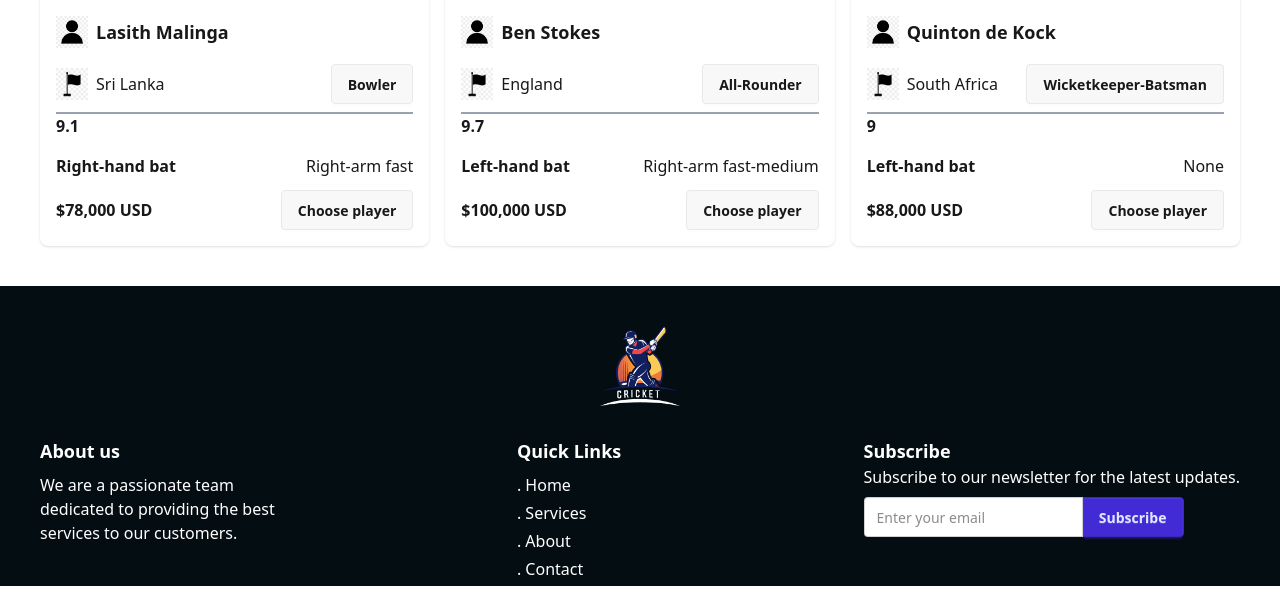
Repository: SanjidaSnigdha/Select-your-eleven
Page: /
The author's editor kept a copy of each file at every save. The page is drawn from the files as they stood at one save, then again after the next save.
The browser window is 1280 px wide. The pictures show the part of the page from y = 2831 to 3467 px (the page is 3436 px tall before and 3467 px after).
The project was rebuilt for these pictures with package versions that can differ from the ones it lists, and the page was loaded fresh each time. Also part of the build but not shown: vite.config.js, src/App.css, src/components/SelectedCard/SelectedCard.jsx, src/components/SelectedPlayers/SelectedPlayers.jsx.

Above is the page before, as saved 2026-03-23 00:46:15.

### index.html
<!doctype html>
<html lang="en" style="color-scheme: light;">
  <head>
    <meta charset="UTF-8" />
    <link rel="icon" type="image/svg+xml" href="/favicon.svg" />
    <meta name="viewport" content="width=device-width, initial-scale=1.0" />
    <title>select-your-eleven</title>
  </head>
  <body>
    <div id="root"></div>
    <script type="module" src="/src/main.jsx"></script>
  </body>
</html>

### src/index.css
 @import "tailwindcss";
 @plugin "daisyui" {
  themes: light --default, dark --prefersdark;
  themes: light --default;
 }

### src/App.jsx

import './App.css'
import { ToastContainer } from 'react-toastify';

import AvailablePlayers from './components/AvailablePlayers/AvailablePlayers'
import SelectedPlayers from './components/SelectedPlayers/SelectedPlayers'
import Navbar from './components/Navbar/Navbar'
import { Suspense, useState } from 'react'
import Banner from './components/Banner/Banner';
import Footer from './components/Footer/Footer';

const fetchPlayers = async () =>{
  const res = await fetch("/players.json")
  return res.json()
}
const playersPromise = fetchPlayers()


function App() {
  const [toggle,setToggle] = useState(true)
  const [availableBalance,setAvailableBalance] = useState(600000)
  const [purchasedPlayers,setPurchasedPlayers] = useState([])
  const removePlayer = (p) =>{
    const filteredData = purchasedPlayers.filter(ply=> ply.player_name!==p.player_name)
    console.log(filteredData)
    setPurchasedPlayers(filteredData)
    setAvailableBalance(availableBalance+parseInt(p.price.split("USD").join("").
                split(",").join("")))

  }

  return (
    <>
   <Navbar availableBalance={availableBalance}></Navbar>
   <Banner></Banner>
   <div className='max-w-[1200px] mx-auto flex justify-between items-center'>
    <h1 className='font-bold text-2xl'>{
    toggle===true?"Available players":`Selected players(${purchasedPlayers.length}/6)`}</h1>
    <div className='font-bold'>
      <button onClick={()=>setToggle(true)} className={`py-3 px-4 border-1 border-gray-400 rounded-l-2xl border-r-0 ${toggle===true?"bg-[#E7FE29]":""}`}>Available</button>
      <button onClick={()=>setToggle(false)} className={`py-3 px-4 border-1 border-gray-400 rounded-r-2xl border-l-0 ${toggle===false?"bg-[#E7FE29]":""}`}>Selected <span>({purchasedPlayers.length})</span></button>
    </div>

   </div>

     {
      toggle === true?<Suspense fallback={<span className="loading loading-spinner loading-xl"></span>
}>
    <AvailablePlayers purchasedPlayers={purchasedPlayers} setPurchasedPlayers={setPurchasedPlayers} availableBalance={availableBalance} setAvailableBalance={setAvailableBalance} playersPromise={playersPromise}></AvailablePlayers>
</Suspense>:<SelectedPlayers removePlayer={removePlayer} purchasedPlayers={purchasedPlayers} setToggle={setToggle}></SelectedPlayers>

     }



      <ToastContainer></ToastContainer>
      <Footer></Footer>

    </>
  )
}

export default App

### src/components/AvailablePlayers/AvailablePlayers.jsx
import React, { use } from 'react';

import PlayerCard from '../PlayerCard/PlayerCard';

const AvailablePlayers = ({playersPromise,setAvailableBalance,availableBalance,purchasedPlayers,setPurchasedPlayers}) => {
    const playerData = use(playersPromise)
    return (
        <div className='max-w-[1200px] mx-auto grid grid-cols-1 md:grid-cols-3 gap-4'>

            {
              playerData.map(player=><PlayerCard setPurchasedPlayers={setPurchasedPlayers} purchasedPlayers={purchasedPlayers} availableBalance={availableBalance} setAvailableBalance={setAvailableBalance} player={player}></PlayerCard>


              )
            }

        </div>
    );
};

export default AvailablePlayers;

### src/components/Navbar/Navbar.jsx
import React from 'react';
import navImg from "../../assets/logo.png"
import dollarImg from "../../assets/dollar-1.png"

const Navbar = ({availableBalance}) => {
    return (

         <div className="navbar max-w-[1200px] mx-auto">
          <div className="flex-1">
            <a className="text-xl">
              <img className="w-60px h-50px mt-4" src={navImg} alt="" />
           </a>
          </div>
          <div className='flex justify-between items-center text-gray-500 w-60 h-20 font-semibold mr-30 gap-4'>
            <a>Home</a>
            <a>Fixture</a>
            <a>Teams</a>
            <a>Schedules</a>
          </div>
          <div className="flex items-center gap-1 ml-4">
          <span className='mr-1'>{availableBalance}</span>
          <span className='mr-1'>Coin</span>
          <img className="w-5 h-5" src={dollarImg} alt="" />
         </div>
       </div>
    );

};

export default Navbar;

### src/components/Banner/Banner.jsx
import React from 'react';
import bannerImg from '../../assets/banner-main.png'

const Banner = () => {
    return (
        <div className='max-w-[1200px] mx-auto h-[475px] bg-[#131313]/90 mt-8 mb-10 rounded-3xl'>
           <img src={bannerImg} alt="" className='w-2/12 mx-auto p-10'/>
           <div>
            <h1 className='font-bold w-[970px] h-[60px] text-[#FFFFFF] w-2/12 mx-auto text-center mt-2 text-xl'>Assemble Your Ultimate Dream 11 Cricket Team</h1>
            <p className='text-[#FFFFFF]/70 text-center'>Beyond Boundaries Beyond Limits</p>
            <button className='btn border-amber-400 p-1 flex mt-8 rounded-xl font-bold bg-[#E7FE29] w-2/12 mx-auto text-center items-center'>Claim Free Credit</button>
           </div>
        </div>

    );
};

export default Banner;

### src/components/Footer/Footer.jsx
import React from 'react';
import footerImg from "../../assets/logo-footer.png"

const Footer = () => {
    return (
        <footer className="bg-[#040D11] text-base-content p-10 mt-10 w-full h-[300px]">
            {/* Footer Image */}
            <div className='flex justify-center mb-8'>
            <img src={footerImg} alt="" className='w-20 h-20'/>
            </div>
   <div className='flex flex-col md:flex-row justify-between gap-8'>
    <div>
    <h6 className="font-semibold text-[18px] text-[#FFFFFF]">About us</h6>
    <p className='mt-2 text-[#FFFFFF]'>We are a passionate team<br></br>dedicated to providing the best <br></br> services to our customers.</p>

  </div>
  <div className='text-[#FFFFFF]'>
    <h6 className="font-semibold text-[18px]">Quick Links</h6>
    <div className='flex flex-col mt-2 gap-1'>
    <a className="link link-hover">. Home</a>
    <a className="link link-hover">. Services</a>
    <a className="link link-hover">. About</a>
    <a className="link link-hover">. Contact</a>
    </div>
  </div>

  <form>
    <h6 className="text-[#FFFFFF] font-semibold text-[18px]">Subscribe</h6>
    <p className='text-[#FFFFFF]'>Subscribe to our newsletter for the latest updates.</p>
    <fieldset className="w-80">
      <div className="join mt-2">
        <input
          type="text"
          placeholder="Enter your email"
          className="input input-bordered join-item" />
        <button className="btn btn-primary join-item">Subscribe</button>
      </div>
    </fieldset>
  </form>

  </div>
  <div>  <p className='text-[#FFFFFF]'>@2024 Your Company All Rights Reserved.</p>
</div>
</footer>
    );
};

export default Footer;

### src/components/PlayerCard/PlayerCard.jsx
import React, { useState } from 'react';
import userImg from "../../assets/man.png"
import flagImg from "../../assets/flag.jpg"
import { toast } from 'react-toastify';

const PlayerCard = ({player,setAvailableBalance,availableBalance,purchasedPlayers,setPurchasedPlayers}) => {
    const [isSelected,setIsSelected] = useState(false)

    const handleSelected = (playerData) =>{
        const playerPrice = parseInt(playerData.price.split("USD").join("").
                split(",").join(""))
                if(availableBalance<playerPrice){
                    toast("Not enough coins!!")
                    return
                }
                if(purchasedPlayers.length===6){
                    toast("6 players already selected")
                    return
                }

         setIsSelected(true)
                setAvailableBalance(availableBalance - playerPrice);
                setPurchasedPlayers([...purchasedPlayers,playerData])


    };
    return (
                        <div className="card bg-base-100 shadow-sm p-4">
         <figure className="px-10 pt-10">
           <img
             src={player.player_image}
             alt="Shoes"
             className='w-full h-[280px] object-cover'
              />
         </figure>
         <div className="mt-4">
           <div className='flex'>
               <img className='w-8 h-8' src={userImg} alt="" /><h2 className='card-title ml-2'>{player.player_name}</h2>
           </div>
           <div className='flex justify-between mt-4 border-b-2 border-gray-400 pb-2'>
       <div className='flex items-center'>
           <img className='w-8 h-8' src={flagImg} alt="" />
           <span className='ml-2'>{player.player_country}</span>
           </div>
           <button className='btn'>{player.playing_role}</button>
           </div>
       <div className='flex justify-between font-bold'>
           <span>{player.rating}</span>

       </div>
       <div className='flex justify-between mt-4'>
           <span className='font-bold'>{player.bating_style}</span>
           <span>{player.bowling_style}</span>
       </div>

           <div className="card-actions mt-3 flex justify-between items-center">
               <p className='font-bold'>${player.price}</p>
             <button disabled={isSelected} onClick={()=>{handleSelected(player)

             }} className="btn">{isSelected===true?"Selected":"Choose player"}</button>
           </div>
         </div>
       </div>
    );
};

export default PlayerCard;

### public/players.json
[
  {
    "player_image": "https://i.ibb.co.com/CKt7DdsZ/shakib-al-hasan-smiling-8olow941lckcha6b.jpg",
    "player_name": "Shakib Al Hasan",
    "player_country": "Bangladesh",
    "playing_role": "All-Rounder",
    "rating": 9.5,
    "bating_style": "Left-hand bat",
    "bowling_style": "Slow left-arm orthodox",
    "price": "75,000 USD"
  },
  {
    "player_image": "https://i.ibb.co.com/WWKnGkNs/Faf-du-Plessis.jpg",
    "player_name": "Faf du Plessis",
    "player_country": "South Africa",
    "playing_role": "Batsman",
    "rating": 9.0,
    "bating_style": "Right-hand bat",
    "bowling_style": "Right-arm medium",
    "price": "70,000 USD"
  },
  {
    "player_image": "https://i.ibb.co.com/XZxnnz3F/Rashid-Khan.jpg",
    "player_name": "Rashid Khan",
    "player_country": "Afghanistan",
    "playing_role": "Bowler",
    "rating": 9.8,
    "bating_style": "Right-hand bat",
    "bowling_style": "Right-arm leg spin",
    "price": "85,000 USD"
  },
  {
    "player_image": "https://i.ibb.co.com/4w5xgSNn/liton-das.jpg",
    "player_name": "Liton Das",
    "player_country": "Bangladesh",
    "playing_role": "Wicketkeeper-Batsman",
    "rating": 8.7,
    "bating_style": "Right-hand bat",
    "bowling_style": "None",
    "price": "60,000 USD"
  },
  {
    "player_image": "https://i.ibb.co.com/391gsfv8/Andre-Russell.jpg",
    "player_name": "Andre Russell",
    "player_country": "West Indies",
    "playing_role": "All-Rounder",
    "rating": 9.6,
    "bating_style": "Right-hand bat",
    "bowling_style": "Right-arm fast",
    "price": "90,000 USD"
  },
  {
    "player_image": "https://i.ibb.co.com/67D8FvCn/Mustafizur-Rahman.webp",
    "player_name": "Mustafizur Rahman",
    "player_country": "Bangladesh",
    "playing_role": "Bowler",
    "rating": 8.9,
    "bating_style": "Left-hand bat",
    "bowling_style": "Left-arm fast-medium",
    "price": "65,000 USD"
  },
  {
    "player_image": "https://i.ibb.co.com/h1wRWkVC/David-Warner.jpg",
    "player_name": "David Warner",
    "player_country": "Australia",
    "playing_role": "Batsman",
    "rating": 9.4,
    "bating_style": "Left-hand bat",
    "bowling_style": "Right-arm leg spin",
    "price": "95,000 USD"
  },
  {
    "player_image": "https://i.ibb.co.com/0VsmTGGY/Sunil-Narine.jpg",
    "player_name": "Sunil Narine",
    "player_country": "West Indies",
    "playing_role": "All-Rounder",
    "rating": 9.2,
    "bating_style": "Left-hand bat",
    "bowling_style": "Right-arm off spin",
    "price": "80,000 USD"
  },
  {
    "player_image": "https://i.ibb.co.com/HpkRbDz3/Babar.png",
    "player_name": "Babar Azam",
    "player_country": "Pakistan",
    "playing_role": "Batsman",
    "rating": 9.3,
    "bating_style": "Right-hand bat",
    "bowling_style": "None",
    "price": "92,000 USD"
  },
  {
    "player_image": "https://i.ibb.co.com/dsk08w2x/Lasith-Malinga1.jpg",
    "player_name": "Lasith Malinga",
    "player_country": "Sri Lanka",
    "playing_role": "Bowler",
    "rating": 9.1,
    "bating_style": "Right-hand bat",
    "bowling_style": "Right-arm fast",
    "price": "78,000 USD"
  },
  {
    "player_image": "https://i.ibb.co.com/s9vHr4tS/Ben-Stokes.png",
    "player_name": "Ben Stokes",
    "player_country": "England",
    "playing_role": "All-Rounder",
    "rating": 9.7,
    "bating_style": "Left-hand bat",
    "bowling_style": "Right-arm fast-medium",
    "price": "100,000 USD"
  },
  {
    "player_image": "https://i.ibb.co.com/gFhPmT1c/Quinton-de-Kock1.jpg",
    "player_name": "Quinton de Kock",
    "player_country": "South Africa",
    "playing_role": "Wicketkeeper-Batsman",
    "rating": 9.0,
    "bating_style": "Left-hand bat",
    "bowling_style": "None",
    "price": "88,000 USD"
  }
]

Loaded but not shown: src/main.jsx (common file)

After the next save:
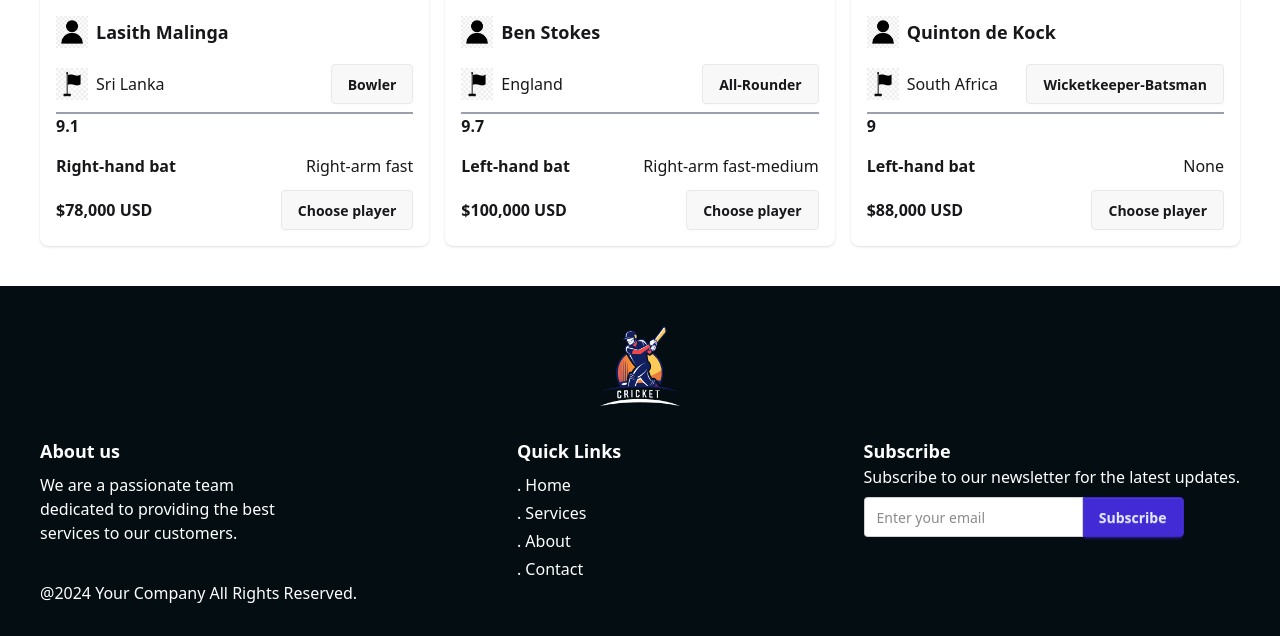
Saved 48 s later.
--- a/src/components/Footer/Footer.jsx
+++ b/src/components/Footer/Footer.jsx
@@ -3,7 +3,7 @@
 
 const Footer = () => {
     return (
-        <footer className="bg-[#040D11] text-base-content p-10 mt-10 w-full h-[300px]">
+        <footer className="bg-[#040D11] text-base-content p-10 mt-10 w-full h-[350px]">
             {/* Footer Image */}
             <div className='flex justify-center mb-8'>
             <img src={footerImg} alt="" className='w-20 h-20'/>
